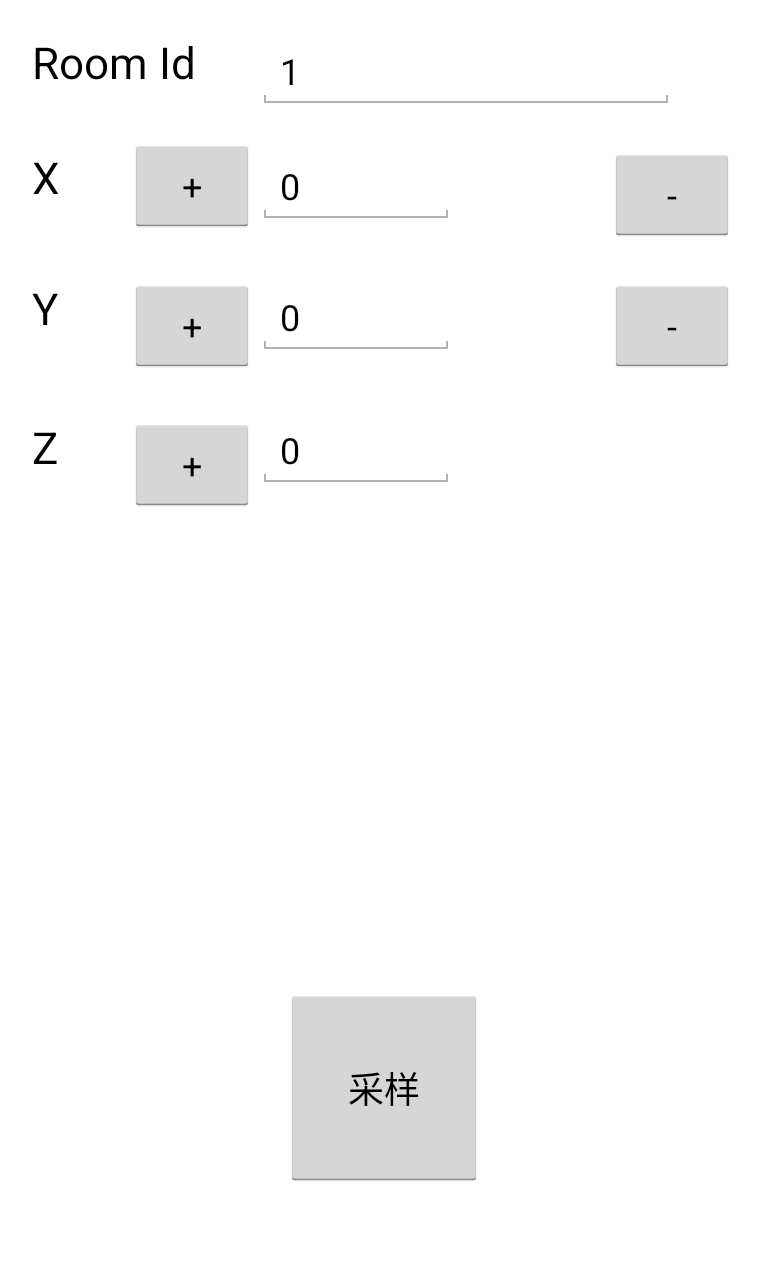
Repository: RenchuSong/tMap_Android
Layout: tmap_model_tool/res/layout/wifi_conllector.xml
These files come from the project's save history. The layout is drawn as it stood at one moment and after the next save; the edit follows.
It is drawn on a 768 x 1280 px phone screen (xhdpi) without system bars, with theme AppTheme; the app's code is not run.

Above is the layout before, as saved 2014-04-20 11:48:23.

After the next save:
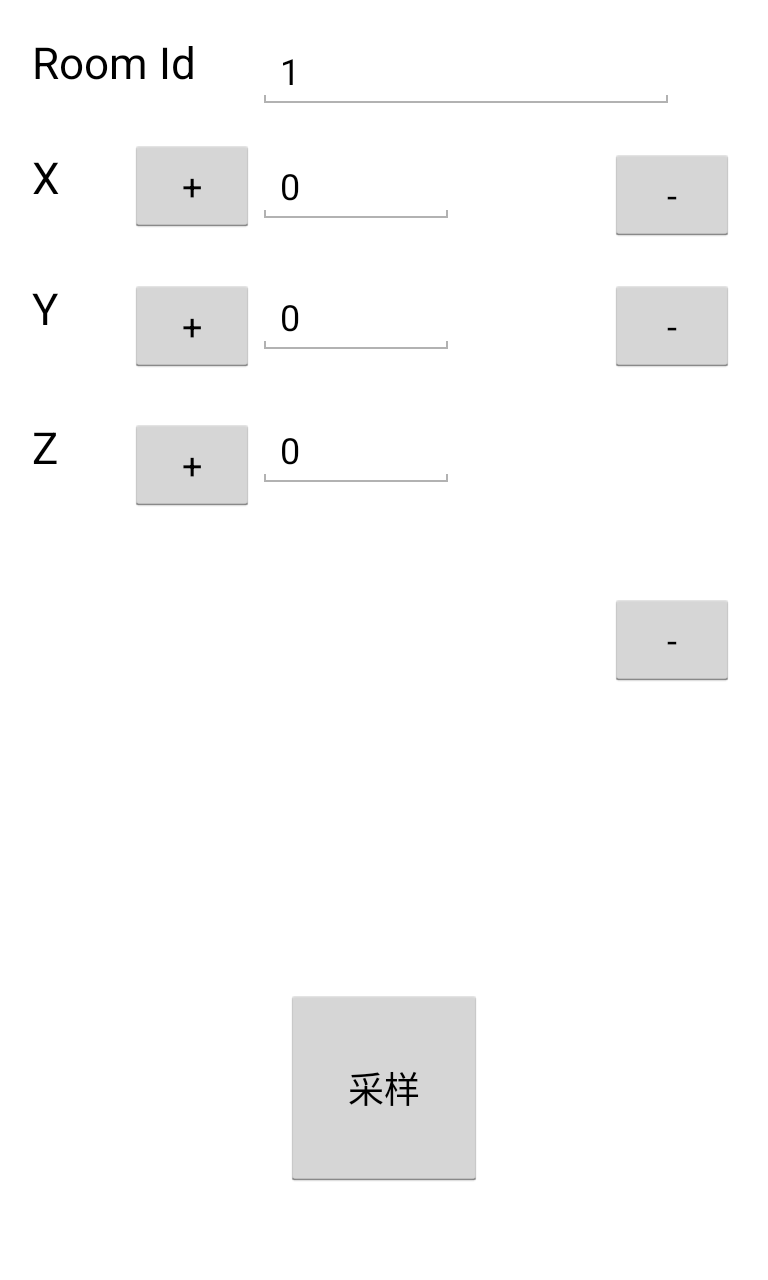
Saved 29 s later.
--- a/tmap_model_tool/res/layout/wifi_conllector.xml
+++ b/tmap_model_tool/res/layout/wifi_conllector.xml
@@ -138,4 +138,12 @@
         android:layout_alignTop="@+id/y"
         android:text="-" />
 
+    <Button
+        android:id="@+id/down_z"
+        android:layout_width="wrap_content"
+        android:layout_height="wrap_content"
+        android:layout_alignParentRight="true"
+        android:layout_centerVertical="true"
+        android:text="-" />
+
 </RelativeLayout>
